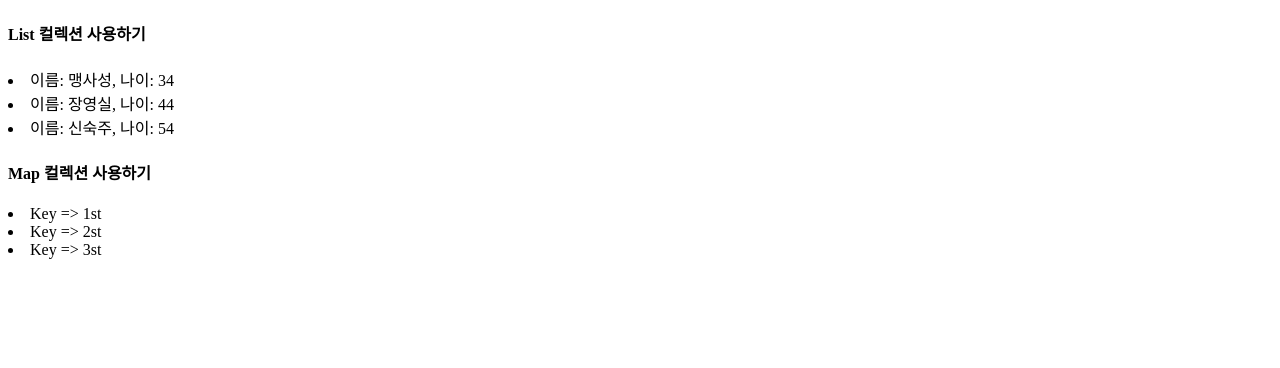
Repository: Motibidu/JSP_Servlet
Page: http://localhost/MushHaveJsp/11JSTL/core/ForEachExtend2.jsp
An editor plug-in stored every save of this project. The page is shown before and after the next save, followed by the edit.
The browser window is 1280 px wide. The pictures show the whole page.
The page is served by Tomcat 10. Other server files are loaded and not shown.

Above is the page before, as saved 2025-05-13 02:56:14.

### MushHaveJsp/src/main/webapp/11JSTL/core/ForEachExtend2.jsp
<%@page import="org.eclipse.tags.shaded.org.apache.xpath.patterns.ContextMatchStepPattern"%>
<%@page import="java.util.Map"%>
<%@page import="java.util.HashMap"%>
<%@page import="common.Person"%>
<%@page import="java.util.LinkedList"%>
<%@ page language="java" contentType="text/html; charset=UTF-8"
    pageEncoding="UTF-8"%>
<%@ taglib prefix="c" uri="jakarta.tags.core"%>
<!DOCTYPE html>
<html>
<head>
<meta charset="UTF-8">
<title>JSTL - forEach2</title>
</head>
<body>
	<h4>List 컬렉션 사용하기</h4>
	<%
	LinkedList<Person> lists= new LinkedList<Person>();
	lists.add(new Person("맹사성", 34));
	lists.add(new Person("장영실", 44));
	lists.add(new Person("신숙주", 54));
	%>

	<c:set var= "lists" value= "<%= lists %>"/>
	<c:forEach items= "${ lists }" var= "list">
		<li>
			이름: ${ list.name }, 나이: ${ list.age }
		</li>
	</c:forEach>

	<h4>Map 컬렉션 사용하기</h4>
	<%
		Map<String, Person> maps= new HashMap<String, Person>();
		maps.put("1st", new Person("맹사성", 34));
		maps.put("2st", new Person("장영실", 44));
		maps.put("3st", new Person("신숙주", 54));
	%>

	<c:set var= "maps" value="<%=maps %>"/>
	<c:forEach items="${ maps }" var= "map">
		<li>Key => ${ map.key } <br/>
	</c:forEach>
</body>
</html>

### MushHaveJsp/src/main/java/common/Person.java
package common;

public class Person
{
	private String name;
	private int age;


	public Person()	{}

	public Person(String name, int age)
	{
		super();
		this.name = name;
		this.age = age;
	}

	public String getName()
	{
		return name;
	}

	public void setName(String name)
	{
		this.name = name;
	}

	public int getAge()
	{
		return age;
	}

	public void setAge(int age)
	{
		this.age = age;
	}




}

After the next save:
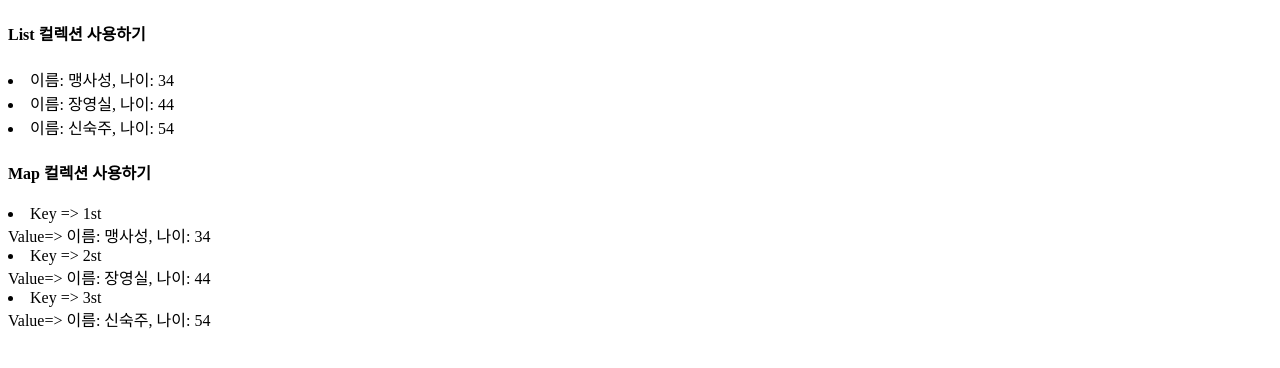
Saved 18 s later.
--- a/MushHaveJsp/src/main/webapp/11JSTL/core/ForEachExtend2.jsp
+++ b/MushHaveJsp/src/main/webapp/11JSTL/core/ForEachExtend2.jsp
@@ -39,6 +39,7 @@
 	<c:set var= "maps" value="<%=maps %>"/>
 	<c:forEach items="${ maps }" var= "map">
 		<li>Key => ${ map.key } <br/>
+			Value=> 이름: ${ map.value.name }, 나이: ${ map.value.age }</li>
 	</c:forEach>
 </body>
 </html>
